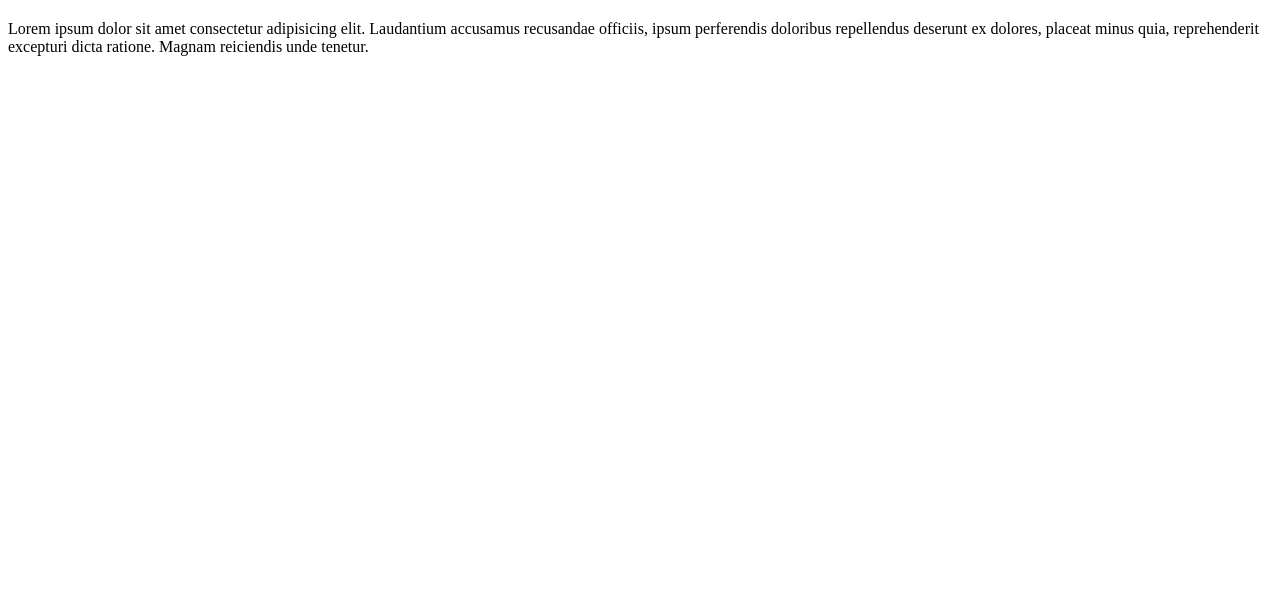
Repository: DevMike1993/100_Projects_HTML_CSS_JAVASCRIPT
Page: 03_Custom_Scrollbar/index.html
The author's editor kept a copy of each file at every save. The page is drawn from the files as they stood at one save, then again after the next save.
The browser window is 1280 px wide. The pictures show the whole page.

Above is the page before, as saved 2023-11-26 18:05:01.

### 03_Custom_Scrollbar/index.html
<!DOCTYPE html>
<html lang="en">
<head>
    <meta charset="UTF-8">
    <meta name="viewport" content="width=device-width, initial-scale=1.0">
    <title>Custom Scrollbar</title>
</head>
<body>

    <section>
        <div class="card">
            <h2 class="card-title"></h2>
            <p>Lorem ipsum dolor sit amet consectetur adipisicing elit. Laudantium accusamus recusandae officiis, ipsum perferendis doloribus repellendus deserunt ex dolores, placeat minus quia, reprehenderit excepturi dicta ratione. Magnam reiciendis unde tenetur.</p>
        </div>
        <div class="card">
            <h2 class="card-title"></h2>
            <p></p>
        </div>
        <div class="card">
            <h2 class="card-title"></h2>
            <p></p>
        </div>
        <div class="card">
            <h2 class="card-title"></h2>
            <p></p>
        </div>
        <div class="card">
            <h2 class="card-title"></h2>
            <p></p>
        </div>
        <div class="card">
            <h2 class="card-title"></h2>
            <p></p>
        </div>
        <div class="card">
            <h2 class="card-title"></h2>
            <p></p>
        </div>
        <div class="card">
            <h2 class="card-title"></h2>
            <p></p>
        </div>
        <div class="card">
            <h2 class="card-title"></h2>
            <p></p>
        </div>
        <div class="card">
            <h2 class="card-title"></h2>
            <p></p>
        </div>
    </section>

</body>
</html>

After the next save:
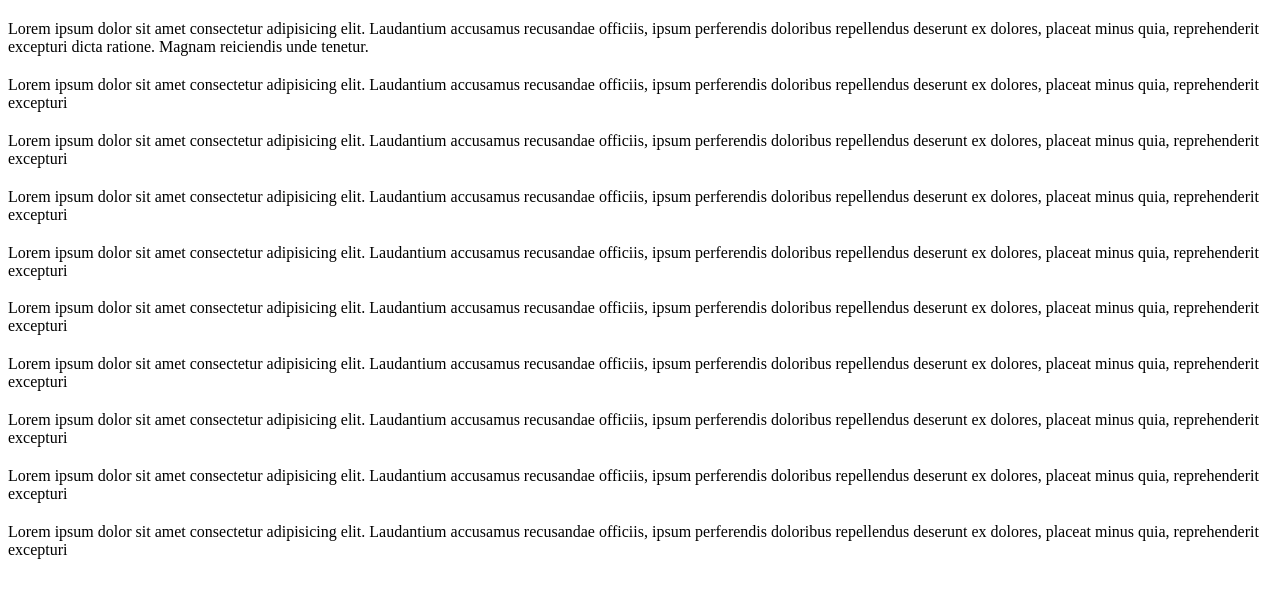
Saved 16 s later.
--- a/03_Custom_Scrollbar/index.html
+++ b/03_Custom_Scrollbar/index.html
@@ -14,39 +14,39 @@
         </div>
         <div class="card">
             <h2 class="card-title"></h2>
-            <p></p>
+            <p>Lorem ipsum dolor sit amet consectetur adipisicing elit. Laudantium accusamus recusandae officiis, ipsum perferendis doloribus repellendus deserunt ex dolores, placeat minus quia, reprehenderit excepturi
         </div>
         <div class="card">
             <h2 class="card-title"></h2>
-            <p></p>
+            <p>Lorem ipsum dolor sit amet consectetur adipisicing elit. Laudantium accusamus recusandae officiis, ipsum perferendis doloribus repellendus deserunt ex dolores, placeat minus quia, reprehenderit excepturi
         </div>
         <div class="card">
             <h2 class="card-title"></h2>
-            <p></p>
+            <p>Lorem ipsum dolor sit amet consectetur adipisicing elit. Laudantium accusamus recusandae officiis, ipsum perferendis doloribus repellendus deserunt ex dolores, placeat minus quia, reprehenderit excepturi
         </div>
         <div class="card">
             <h2 class="card-title"></h2>
-            <p></p>
+            <p>Lorem ipsum dolor sit amet consectetur adipisicing elit. Laudantium accusamus recusandae officiis, ipsum perferendis doloribus repellendus deserunt ex dolores, placeat minus quia, reprehenderit excepturi
         </div>
         <div class="card">
             <h2 class="card-title"></h2>
-            <p></p>
+            <p>Lorem ipsum dolor sit amet consectetur adipisicing elit. Laudantium accusamus recusandae officiis, ipsum perferendis doloribus repellendus deserunt ex dolores, placeat minus quia, reprehenderit excepturi
         </div>
         <div class="card">
             <h2 class="card-title"></h2>
-            <p></p>
+            <p>Lorem ipsum dolor sit amet consectetur adipisicing elit. Laudantium accusamus recusandae officiis, ipsum perferendis doloribus repellendus deserunt ex dolores, placeat minus quia, reprehenderit excepturi
         </div>
         <div class="card">
             <h2 class="card-title"></h2>
-            <p></p>
+            <p>Lorem ipsum dolor sit amet consectetur adipisicing elit. Laudantium accusamus recusandae officiis, ipsum perferendis doloribus repellendus deserunt ex dolores, placeat minus quia, reprehenderit excepturi
         </div>
         <div class="card">
             <h2 class="card-title"></h2>
-            <p></p>
+            <p>Lorem ipsum dolor sit amet consectetur adipisicing elit. Laudantium accusamus recusandae officiis, ipsum perferendis doloribus repellendus deserunt ex dolores, placeat minus quia, reprehenderit excepturi
         </div>
         <div class="card">
             <h2 class="card-title"></h2>
-            <p></p>
+            <p>Lorem ipsum dolor sit amet consectetur adipisicing elit. Laudantium accusamus recusandae officiis, ipsum perferendis doloribus repellendus deserunt ex dolores, placeat minus quia, reprehenderit excepturi
         </div>
     </section>
 
